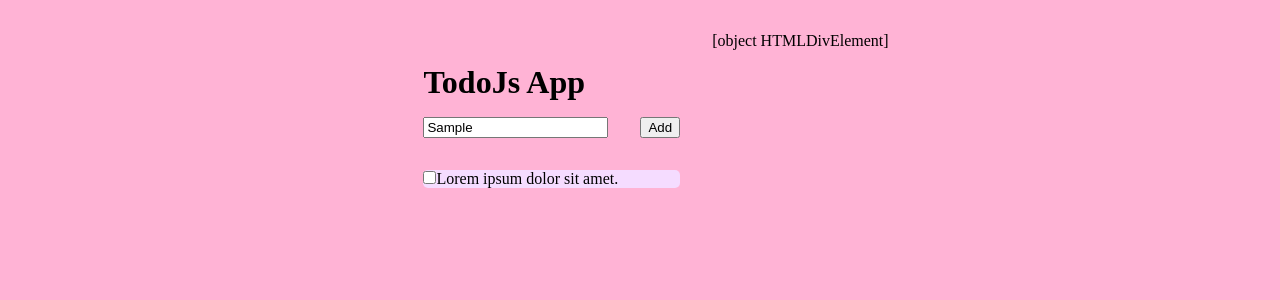
Repository: AlexandraYuhno/todo
Page: index.html
These files come from the project's save history. The page is drawn as it stood at one moment and after the next save; the edit follows.
The browser window is 1280 px wide. The pictures show the whole page.
Empty fields were first filled with sample values (such as "Sample", 5 or name@example.com).
After loading, the first visible `#btnAdd` was clicked once.

Above is the page before, as saved 2024-06-17 12:43:24.

### index.html
<!DOCTYPE html>
<html lang="en">
<head>
    <meta charset="UTF-8">
    <meta name="viewport" content="width=device-width, initial-scale=1.0">
    <title>TodoJs</title>
    <link rel="stylesheet" href="style.css">
</head>
<body>
    <div class="todo">
        <div class="todo__content">
            <h1 class="todo__title"> TodoJs App </h1>
            <div class="todo__new">
                <input type="text" placeholder="New task" id="newInput">
                <button class="todo__add" id="btnAdd">Add</button>
            </div>
        </div>
        <div class="todo__list">
            <div class="todo__task" id="task">
              <label class="todo__checkbox">
                <input type="checkbox">
                </label>
             <div class="todo__task-title"> Lorem ipsum dolor sit amet.</div>
            </div>
        </div>
    </div>
    <script src="script.js"></script>
</body>
</html>

### style.css
*{
    margin: 0;
    box-sizing: border-box;
}

body{
    background-color: #ffb3d5;
    display: flex;
    justify-content: center;
    padding: 32px;
}

.todo{
    padding: 32px;
}

.todo__new{
    display: flex;
    padding: 16px 0 32px;
}

.todo__add{
    margin-left: 32px;
    cursor: pointer;
}

.todo__task {
    cursor: default;
    display: flex;
    align-items: center;
    background-color: #F5DCFF;
    border-radius: 5px;
    margin-bottom: 10px;
}

### script.js
const newInput = document.getElementById('newInput');
const btnAdd = document.getElementById('btnAdd');
const task = document.getElementById('task')


//Track click button 'Add'


function addTask(){
    const newTask = document.createElement("div")
    newTask.innerHTML = task;
    document.body.appendChild(newTask);
}

btnAdd.addEventListener("click", addTask)
btnAdd.addEventListener("enter", addTask)

After the next save:
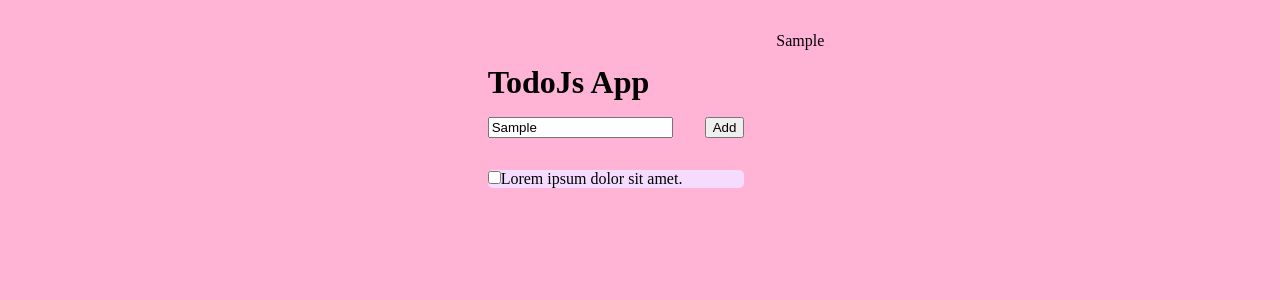
Saved 2 min 50 s later.
--- a/script.js
+++ b/script.js
@@ -8,7 +8,7 @@ const task = document.getElementById('task')
 
 function addTask(){
     const newTask = document.createElement("div")
-    newTask.innerHTML = task;
+    newTask.innerHTML = newInput.value;
     document.body.appendChild(newTask);
 }
 
